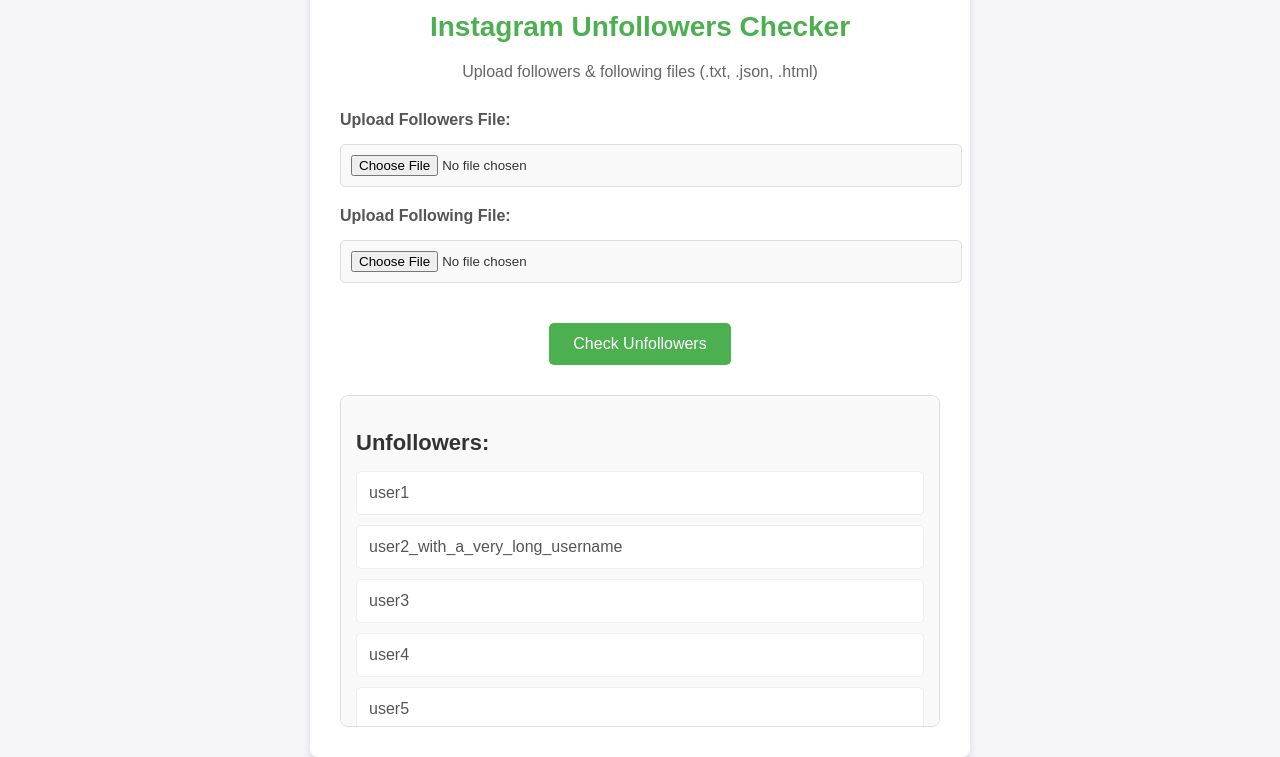
Repository: GiraldoNainggolan/IUC
Page: index.html
These files come from the project's save history. The page is drawn as it stood at one moment and after the next save; the edit follows.
The browser window is 1280 px wide. The pictures show the whole page.
After loading, the first visible `#checkUnfollowers` was clicked once.

Above is the page before, as saved 2025-02-04 15:53:36.

### index.html
<!DOCTYPE html>
<html lang="en">
<head>
    <meta charset="UTF-8">
    <meta name="viewport" content="width=device-width, initial-scale=1.0">
    <title>Instagram Unfollowers Checker</title>
    <link rel="stylesheet" href="style.css">
</head>
<body>
    <div class="container">
        <h1>Instagram Unfollowers Checker</h1>
        <p>Upload followers & following files (.txt, .json, .html)</p>

        <div class="upload-section">
            <label for="followersFile">Upload Followers File:</label>
            <input type="file" id="followersFile" accept=".txt, .json, .html">
        </div>
        <div class="upload-section">
            <label for="followingFile">Upload Following File:</label>
            <input type="file" id="followingFile" accept=".txt, .json, .html">
        </div>
        <button id="checkUnfollowers">Check Unfollowers</button>

        <div id="result" class="result">
            <h2>Unfollowers:</h2>
            <ul id="unfollowersList"></ul>
        </div>

        <div id="loading" class="loading" style="display: none;">
            <div class="spinner"></div>
            <p>Processing...</p>
        </div>
    </div>
    <script src="script.js"></script>
</body>
</html>

### style.css
body {
    font-family: Arial, sans-serif;
    background-color: #f4f4f9;
    color: #333;
    margin: 0;
    padding: 0;
    display: flex;
    justify-content: center;
    align-items: center;
    height: 100vh;
}

.container {
    max-width: 600px;
    width: 100%;
    background: #fff;
    padding: 30px;
    box-shadow: 0 4px 6px rgba(0, 0, 0, 0.1);
    border-radius: 8px;
    text-align: center;
}

h1 {
    font-size: 28px;
    margin-bottom: 20px;
    color: #4CAF50;
}

p {
    font-size: 16px;
    color: #666;
    margin-bottom: 30px;
}

.upload-section {
    margin: 20px 0;
    text-align: left;
}

label {
    font-weight: bold;
    display: block;
    margin-bottom: 10px;
    color: #555;
}

input[type="file"] {
    width: 100%;
    padding: 10px;
    border: 1px solid #ddd;
    border-radius: 5px;
    background: #f9f9f9;
    margin-top: 5px;
}

button {
    margin-top: 20px;
    padding: 12px 24px;
    font-size: 16px;
    background: #4CAF50;
    color: white;
    border: none;
    border-radius: 5px;
    cursor: pointer;
    transition: background 0.3s ease;
}

button:hover {
    background: #45a049;
}

.result {
    margin-top: 30px;
    text-align: left;
}

h2 {
    font-size: 22px;
    color: #333;
    margin-bottom: 15px;
}

ul {
    list-style: none;
    padding: 0;
}

ul li {
    background: #f9f9f9;
    margin: 10px 0;
    padding: 15px;
    border: 1px solid #ddd;
    border-radius: 4px;
    color: #555;
}

/* Tambahkan ini ke CSS Anda */

.result {
    margin-top: 30px;
    text-align: left;
    max-height: 300px; /* Atur tinggi maksimal container */
    overflow-y: auto; /* Tambahkan scroll jika konten melebihi tinggi */
    border: 1px solid #ddd; /* Tambahkan border untuk kejelasan */
    border-radius: 8px;
    padding: 15px;
    background: #f9f9f9;
}

ul#unfollowersList {
    margin: 0;
    padding: 0;
}

ul#unfollowersList li {
    background: #fff;
    margin: 10px 0;
    padding: 12px;
    border: 1px solid #eee;
    border-radius: 5px;
    color: #555;
    word-wrap: break-word; /* Memastikan teks panjang tidak overflow */
    overflow-wrap: break-word; /* Memastikan teks panjang tidak overflow */
}

/* Jika ingin menambahkan hover effect pada list item */
ul#unfollowersList li:hover {
    background: #f1f1f1;
    cursor: pointer;
}

button#checkUnfollowers {
    margin-top: 20px;
    padding: 12px 24px;
    font-size: 16px;
    background: #4CAF50;
    color: white;
    border: none;
    border-radius: 5px;
    cursor: pointer;
    transition: background 0.3s ease, transform 0.2s ease;
}

button#checkUnfollowers:hover {
    background: #45a049;
    transform: scale(1.05); /* Sedikit membesar saat hover */
}

button#checkUnfollowers:active {
    transform: scale(0.95); /* Sedikit mengecil saat diklik */
}

.loading {
    text-align: center;
    margin-top: 20px;
}

.spinner {
    border: 4px solid #f3f3f3;
    border-top: 4px solid #4CAF50;
    border-radius: 50%;
    width: 40px;
    height: 40px;
    animation: spin 1s linear infinite;
    margin: 0 auto 10px auto;
}

@keyframes spin {
    0% { transform: rotate(0deg); }
    100% { transform: rotate(360deg); }
}

### script.js
document.getElementById("checkUnfollowers").addEventListener("click", async () => {
    const followersFile = document.getElementById("followersFile").files[0];
    const followingFile = document.getElementById("followingFile").files[0];

    if (!followersFile || !followingFile) {
        alert("Silakan upload kedua file sebelum melanjutkan.");
        return;
    }

    try {
        const followers = await extractUsernamesFromHTML(followersFile);
        const following = await extractUsernamesFromHTML(followingFile);

        const unfollowers = following.filter(user => !followers.includes(user));
        displayUnfollowers(unfollowers);
    } catch (error) {
        alert("Terjadi kesalahan saat membaca file: " + error);
    }
});

document.getElementById('checkUnfollowers').addEventListener('click', function () {
    // Contoh data unfollower (ganti dengan data asli dari file yang diupload)
    const unfollowers = ['user1', 'user2_with_a_very_long_username', 'user3', 'user4', 'user5'];

    const unfollowersList = document.getElementById('unfollowersList');
    unfollowersList.innerHTML = ''; // Kosongkan list sebelum menambahkan data baru

    unfollowers.forEach(user => {
        const li = document.createElement('li');
        li.textContent = user;
        unfollowersList.appendChild(li);
    });
});

async function extractUsernamesFromHTML(file) {
    return new Promise((resolve, reject) => {
        const reader = new FileReader();

        reader.onload = () => {
            const parser = new DOMParser();
            const doc = parser.parseFromString(reader.result, "text/html");

            // Ambil semua elemen <a> yang mengandung link Instagram
            const usernames = [...doc.querySelectorAll("a")]
                .map(a => a.textContent.trim())
                .filter(name => name.length > 0);

            if (usernames.length === 0) {
                reject("Tidak ditemukan username di dalam file.");
            } else {
                resolve(usernames);
            }
        };

        reader.onerror = () => reject(reader.error);
        reader.readAsText(file);
    });
}

function displayUnfollowers(unfollowers) {
    const list = document.getElementById("unfollowersList");
    list.innerHTML = "";

    if (unfollowers.length === 0) {
        list.innerHTML = "<li>Semua orang mengikuti balik!</li>";
        return;
    }

    unfollowers.forEach(user => {
        const listItem = document.createElement("li");
        listItem.textContent = user;
        list.appendChild(listItem);
    });
}

After the next save:
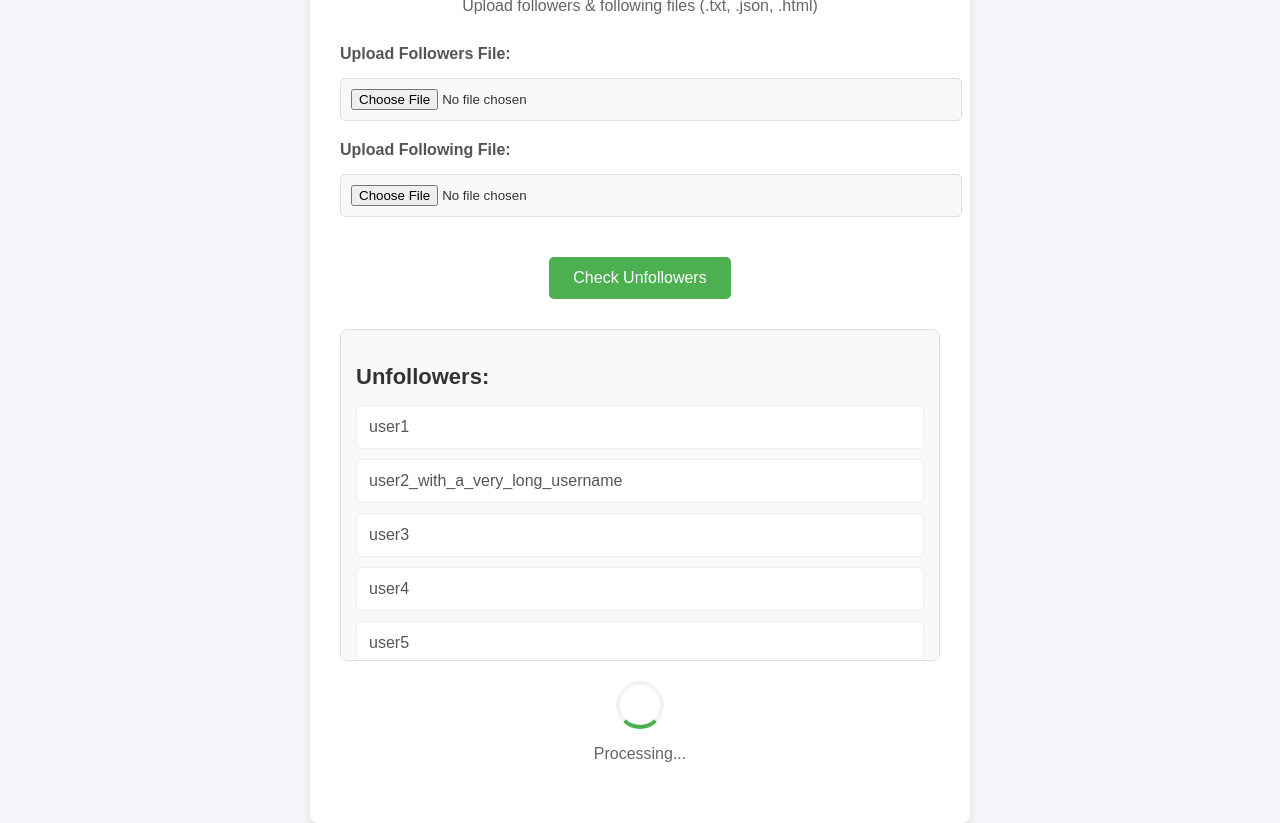
Saved 14 s later.
--- a/script.js
+++ b/script.js
@@ -72,3 +72,23 @@
         list.appendChild(listItem);
     });
 }
+
+document.getElementById('checkUnfollowers').addEventListener('click', function () {
+    const loading = document.getElementById('loading');
+    loading.style.display = 'block'; // Tampilkan loading
+
+    // Simulasikan proses (ganti dengan proses asli)
+    setTimeout(() => {
+        const unfollowers = ['user1', 'user2_with_a_very_long_username', 'user3', 'user4', 'user5'];
+        const unfollowersList = document.getElementById('unfollowersList');
+        unfollowersList.innerHTML = '';
+
+        unfollowers.forEach(user => {
+            const li = document.createElement('li');
+            li.textContent = user;
+            unfollowersList.appendChild(li);
+        });
+
+        loading.style.display = 'none'; // Sembunyikan loading setelah selesai
+    }, 2000); // Ganti dengan waktu proses yang sesuai
+});
